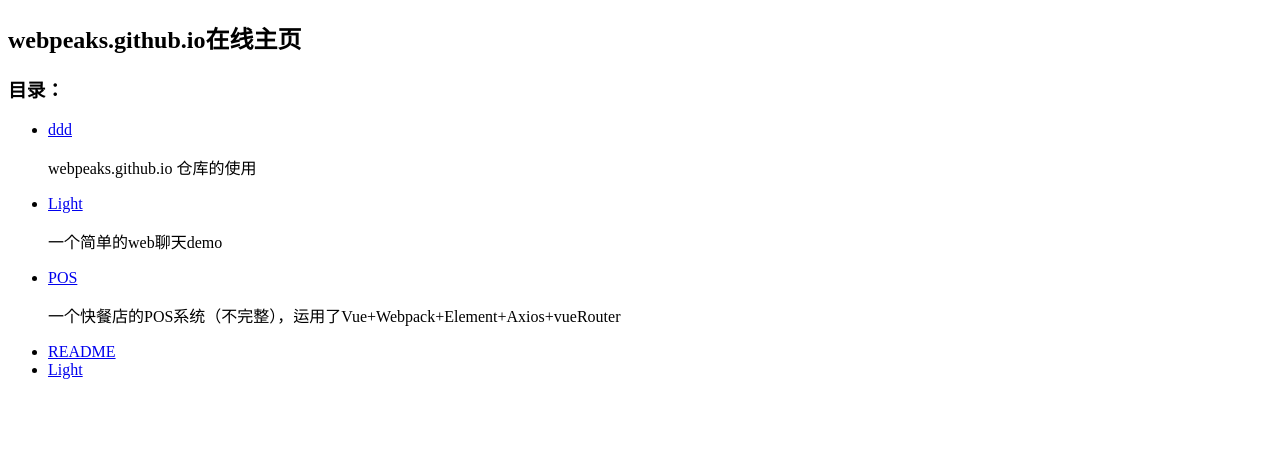
Repository: webpeaks/webpeaks.github.io
Page: index.html
These files come from the project's save history. The page is drawn as it stood at one moment and after the next save; the edit follows.
The browser window is 1280 px wide. The pictures show the whole page.

Above is the page before, as saved 2018-01-03 16:22:08.

After the next save:
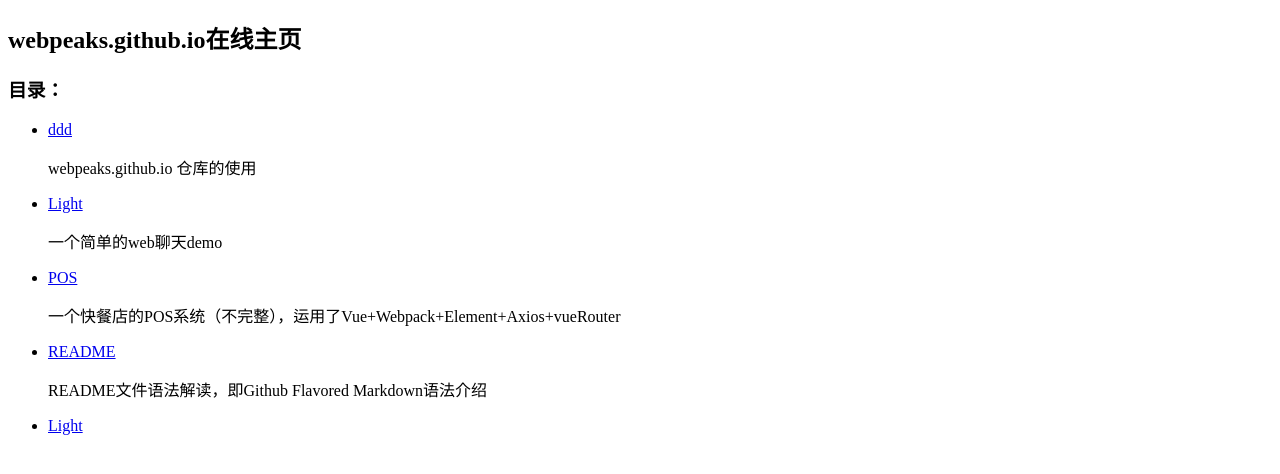
Saved 21 s later.
--- a/index.html
+++ b/index.html
@@ -24,6 +24,7 @@
         </li>
         <li>
             <a href="https://github.com/webpeaks/README">README</a>
+            <p>README文件语法解读，即Github Flavored Markdown语法介绍</p>
         </li>
         <li>
             <a href="https://github.com/webpeaks/Light">Light</a>
